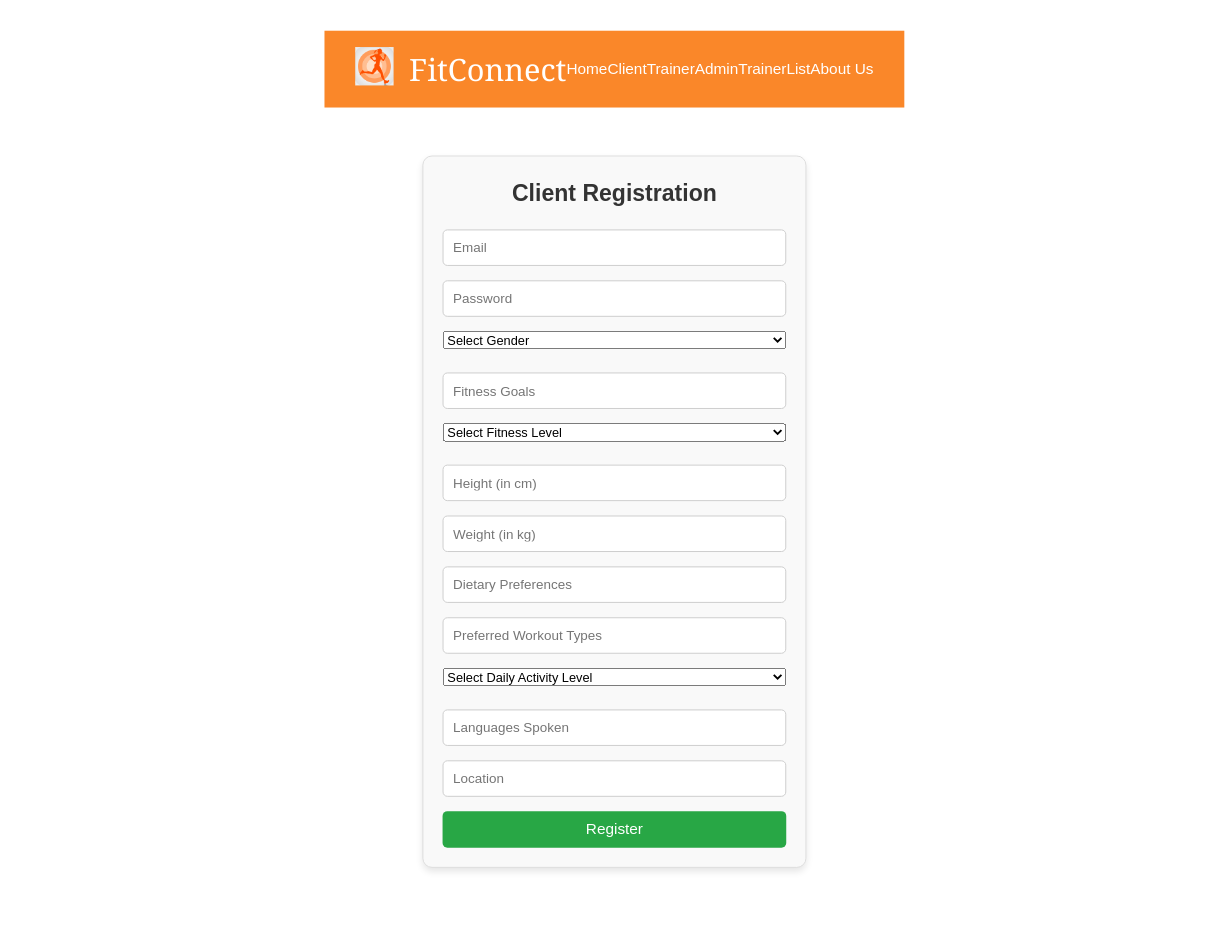
Repository: sarathraj2002/fitconnect
Page: /register (app in Frontend/)
The author's editor kept a copy of each file at every save. The page is drawn from the files as they stood at one save, then again after the next save.
The browser window is 1280 px wide. The pictures show the whole page, at 96% of full size.
The project was rebuilt for these pictures with package versions that can differ from the ones it lists, and the page was loaded fresh each time. Also part of the build but not shown: Frontend/vite.config.js, Frontend/src/components/ClientPage.jsx, Frontend/src/components/TrainerPage.jsx, Frontend/src/components/AdminPage.jsx, Frontend/src/components/TrainerListPage.jsx, Frontend/src/components/AboutUs.jsx, Frontend/src/components/Footer.jsx, Frontend/src/components/Home.jsx and 1 more.

Above is the page before, as saved 2024-11-12 00:12:51.

After the next save:
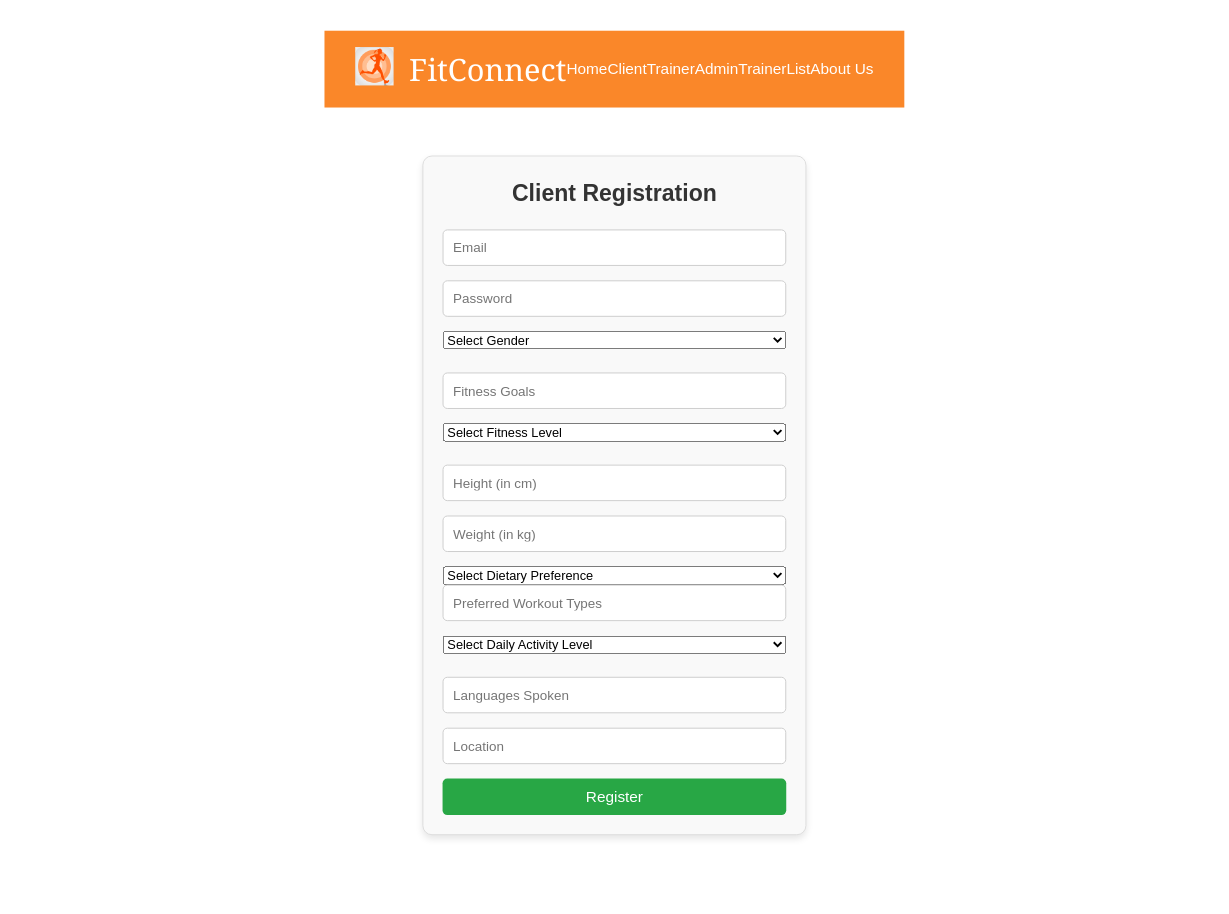
Saved 34 s later.
--- a/Frontend/src/components/ClientRegister.jsx
+++ b/Frontend/src/components/ClientRegister.jsx
@@ -144,13 +144,19 @@ const ClientRegister = () => {
           onChange={handleInputChange}
           required
         />
-        <input
-          type="text"
+        <select
           name="dietaryPreferences"
-          placeholder="Dietary Preferences"
           value={formData.dietaryPreferences}
           onChange={handleInputChange}
-        />
+          required
+        >
+          <option value="" disabled>Select Dietary Preference</option>
+          {DIETARY_PREFERENCE_OPTIONS.map((option) => (
+            <option key={option} value={option}>
+              {option}
+            </option>
+          ))}
+        </select>
         <input
           type="text"
           name="preferredWorkoutTypes"
